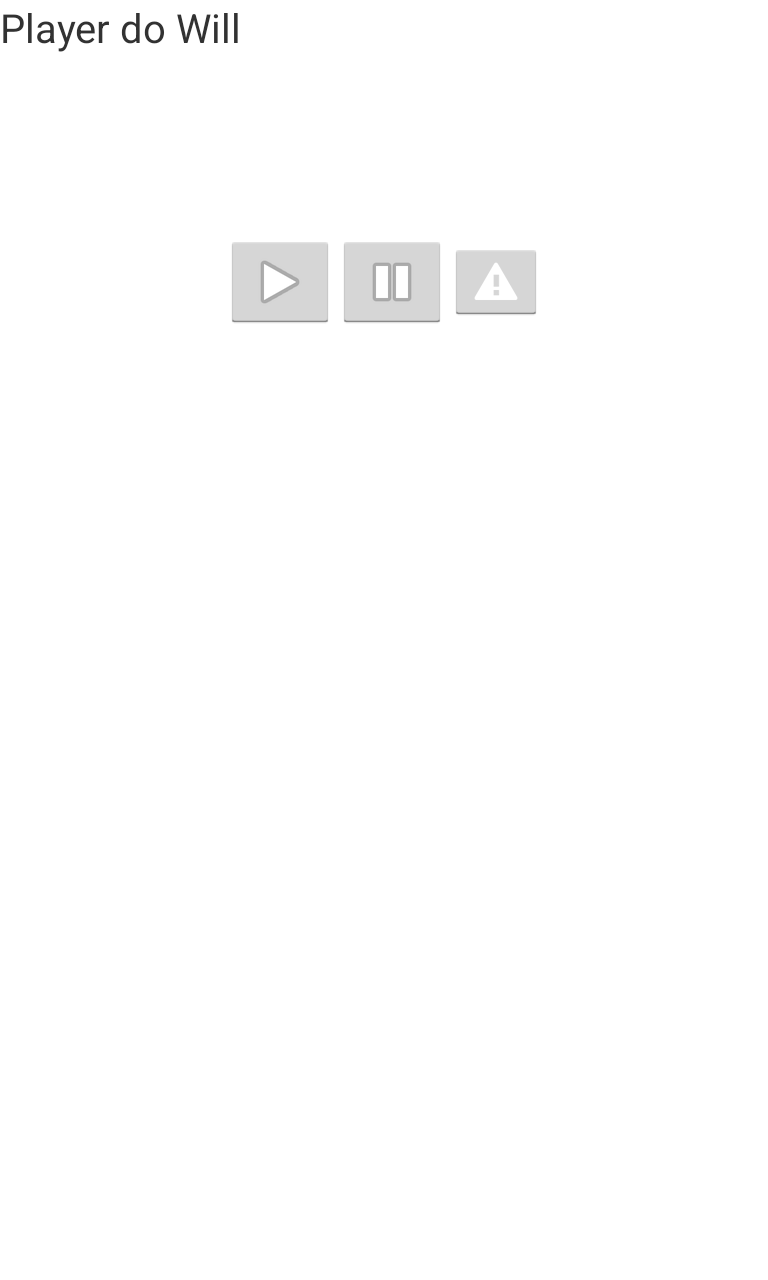
Repository: thiagopsilva/Android-book
Layout: Som/res/layout/activity_som.xml
The author's editor kept a copy of each file at every save. The layout is drawn from the files as they stood at one save, then again after the next save.
It is drawn on a 768 x 1280 px phone screen (xhdpi) without system bars, with theme AppTheme; the app's code is not run.

Above is the layout before, as saved 2012-12-17 12:32:08.

### Som/res/layout/activity_som.xml
<?xml version="1.0" encoding="utf-8"?>
<LinearLayout xmlns:android="http://schemas.android.com/apk/res/android"
	android:layout_width="fill_parent"
	android:layout_height="fill_parent"
	android:orientation="vertical" >

	<TextView
		android:layout_width="fill_parent"
		android:layout_height="wrap_content"
		android:text="Player do Will"
		android:textSize="20sp"/>

<LinearLayout
	android:id="@+id/linearLayout1"
	android:layout_width="match_parent"
	android:layout_height="90sp"
	android:gravity="center"
	android:orientation="horizontal">




</LinearLayout>

<LinearLayout
	android:id="@+id/linearLayout2"
	android:layout_width="match_parent"
	android:layout_height="wrap_content" android:orientation="horizontal" android:gravity="center">

	<ImageButton
		android:id="@+id/bttocar"
		android:src="@android:drawable/ic_media_play"
		android:layout_width="wrap_content"
		android:layout_height="wrap_content"/>

	<ImageButton
		android:id="@+id/btpausar"
		android:src="@android:drawable/ic_media_pause"
		android:layout_width="wrap_content"
		android:layout_height="wrap_content"/>

	<ImageButton
	    android:id="@+id/btstop"
	    android:src="@android:drawable/stat_notify_error"
	    android:layout_width="wrap_content"
	    android:layout_height="wrap_content"/>

</LinearLayout>

</LinearLayout>

Loaded but not shown: Som/res/values/styles.xml (common file); Som/res/values-v11/styles.xml (common file); Som/res/values-v14/styles.xml (common file)

After the next save:
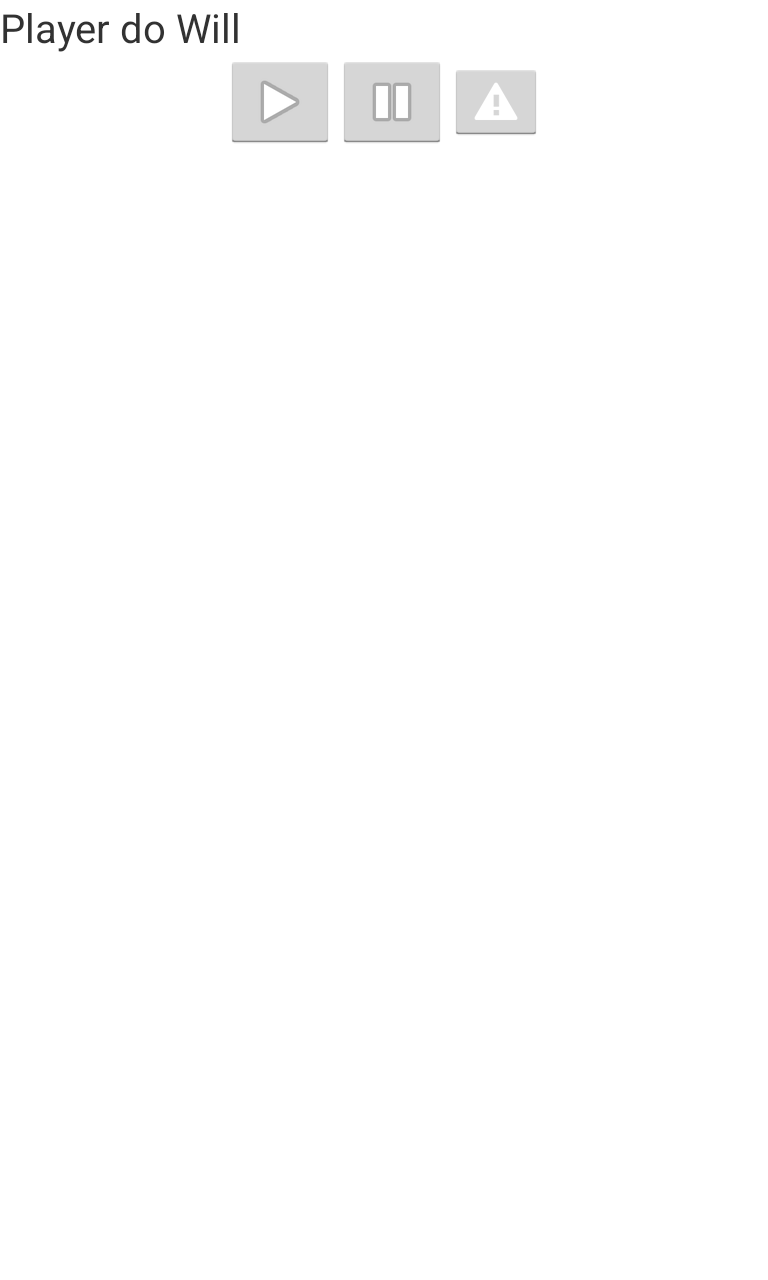
Saved 61 s later.
--- a/Som/res/layout/activity_som.xml
+++ b/Som/res/layout/activity_som.xml
@@ -9,18 +9,6 @@
 		android:layout_height="wrap_content"
 		android:text="Player do Will"
 		android:textSize="20sp"/>
-
-<LinearLayout
-	android:id="@+id/linearLayout1"
-	android:layout_width="match_parent"
-	android:layout_height="90sp"
-	android:gravity="center"
-	android:orientation="horizontal">
-
-
-
-
-</LinearLayout>
 
 <LinearLayout
 	android:id="@+id/linearLayout2"

After the 2 saves that followed:
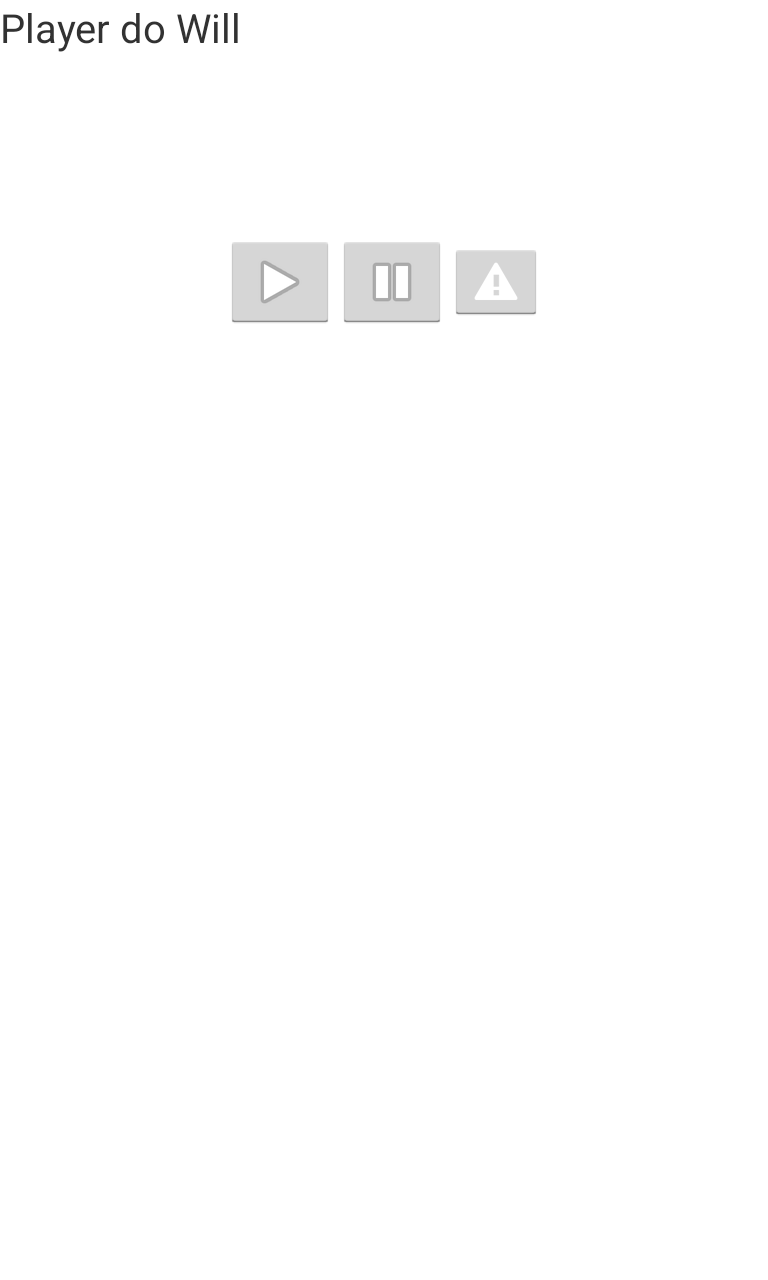
The 2 saves are shown as one change because 1 left the picture as it was.
The last was saved 2 min 24 s later.
--- a/Som/res/layout/activity_som.xml
+++ b/Som/res/layout/activity_som.xml
@@ -9,6 +9,18 @@
 		android:layout_height="wrap_content"
 		android:text="Player do Will"
 		android:textSize="20sp"/>
+
+<LinearLayout
+	android:id="@+id/linearLayout1"
+	android:layout_width="match_parent"
+	android:layout_height="90sp"
+	android:gravity="center"
+	android:orientation="horizontal">
+
+    <ImageView
+	    android:src="@drawable/ic_launcher"/>
+
+</LinearLayout>
 
 <LinearLayout
 	android:id="@+id/linearLayout2"
